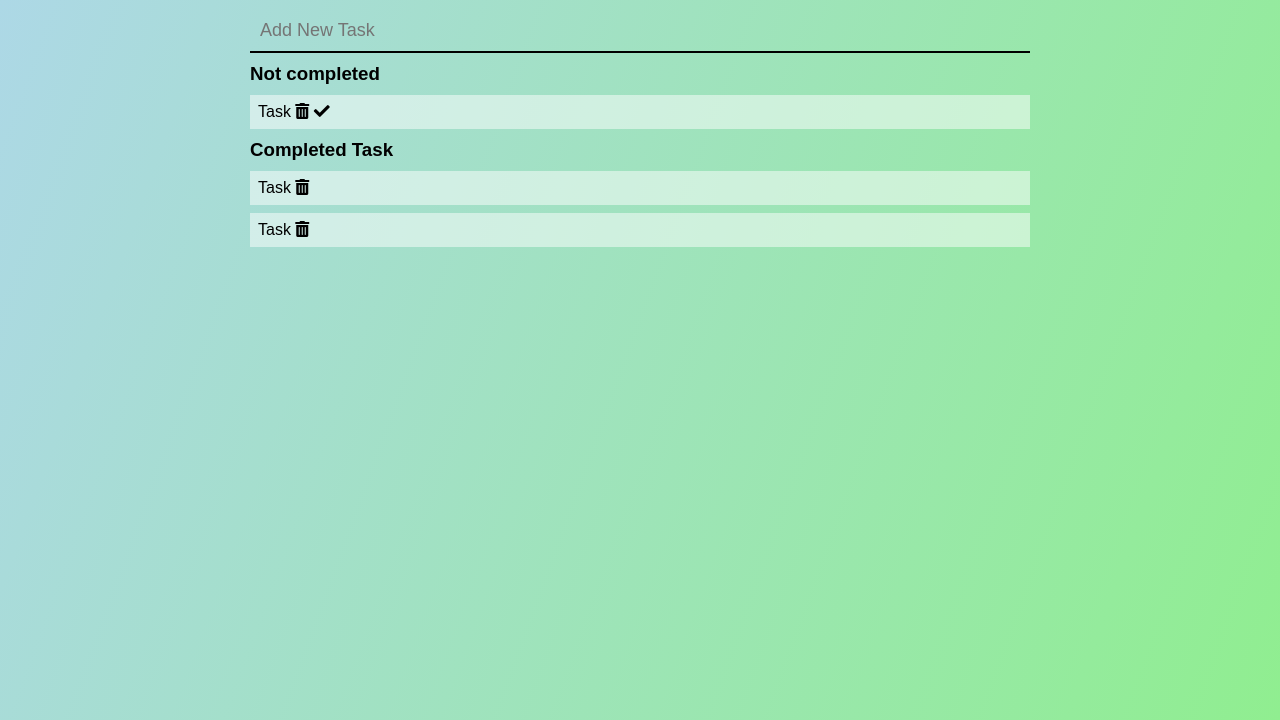
Repository: Mayur2905/OIBSIP
Page: Task-6/index.html
An editor plug-in stored every save of this project. The page is shown before and after the next save, followed by the edit.
The browser window is 1280 px wide. The pictures show the whole page.

Above is the page before, as saved 2022-02-05 19:39:10.

### Task-6/index.html
<!DOCTYPE html>
<html lang="en">
<head>
    <meta charset="UTF-8">
    <meta http-equiv="X-UA-Compatible" content="IE=edge">
    <meta name="viewport" content="width=device-width, initial-scale=1.0">
    <link rel="stylesheet" href="style.css">
    <link rel="stylesheet" href="https://cdnjs.cloudflare.com/ajax/libs/font-awesome/5.15.1/css/all.css">
    <script src="https://ajax.googleapis.com/ajax/libs/jquery/3.5.1/jquery.min.js"></script>
    <title>To Do List</title>
</head>
<body>
    <div class="container">
        <input type="text" class="textb" placeholder="Add New Task">
        <div class="notdone">
            <h3>Not completed</h3>
            <div class="task">
                Task
                <i class="fas fa-trash-alt"></i>
                <i class="fas fa-check"></i>
            </div>
        </div>
        <div class="complete">
            <h3>Completed Task</h3>
            <div class="task">
                Task
                <i class="fas fa-trash-alt"></i>
            </div>
            <div class="task">
                Task
                <i class="fas fa-trash-alt"></i>
            </div>
        </div>
    </div>
</body>
</html>

### Task-6/style.css
* {
  margin: 0;
  padding: 0;
  font-family: "montserrat", Arial, Helvetica, sans-serif;
  box-sizing: border-box;
}
body {
  background-image: linear-gradient(110deg, lightblue, lightgreen);
  min-height: 100vh;
}

.container {
  max-width: 800px;
  margin: auto;
  padding: 10px;
}
.textb {
  width: 100%;
  border: none;
  border-bottom: 2px solid #000;
  background: none;
  padding: 10px;
  outline: none;
  font-size: 18px;
}
h3 {
  margin: 10px 0;
}
.task {
  width: 100%;
  background: rgba(255, 255, 255, 0.5);
  padding: 8px;
  margin: 8px 0;
}

After the next save:
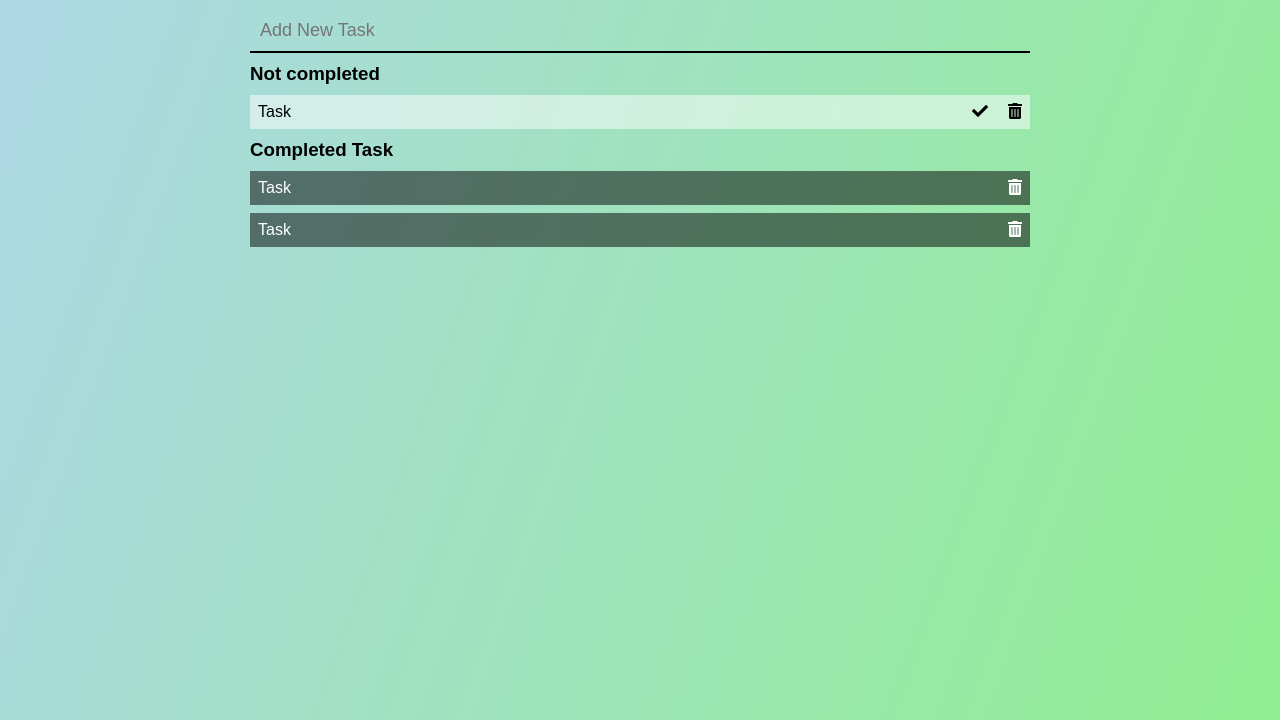
Saved 2 min 45 s later.
--- a/Task-6/style.css
+++ b/Task-6/style.css
@@ -31,4 +31,14 @@ h3 {
   background: rgba(255, 255, 255, 0.5);
   padding: 8px;
   margin: 8px 0;
+  overflow: hidden;
 }
+.task i {
+  float: right;
+  margin-left: 20px;
+  cursor: pointer;
+}
+.complete .task {
+  background: rgba(0, 0, 0, 0.5);
+  color: #ffff;
+}
